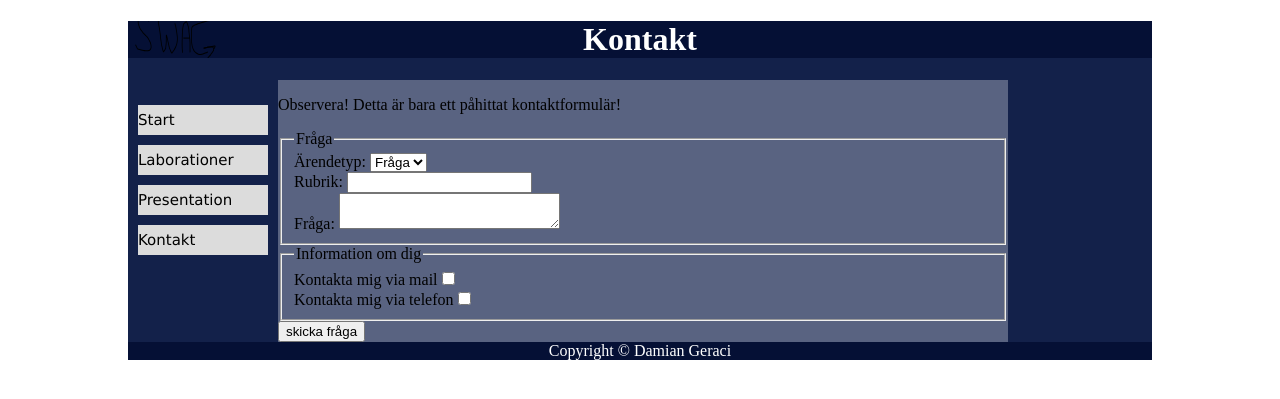
Repository: dg222dm/1ik415-laborationer
Page: pages/kontakt.html
The author's editor kept a record of every edit. The page is drawn from the files as they stood at one moment, then again after the next edit.
The browser window is 1280 px wide. The pictures show the whole page.

Above is the page before.

### pages/kontakt.html
<!doctype html>
<html lang="sv">
    <head>
        <link rel="stylesheet"  href="../css/style.css" />
        <meta charset="utf-8" />
        <title>Kontakt</title>
    </head>
    <body>
    <div id="background">
    <div id="header">
        <h1>Kontakt</h1>
    </div>
    <div id ="nav">
    <!--Lista med länkar -->
        <ul>
            <li><a href="../index.html">Start</a></li>
            <li><a href="laborationer.html">Laborationer</a></li>
            <li><a href="presentation.html">Presentation</a></li>
            <li><a class"kontakt" href="kontakt.html" >Kontakt</a></li>

<!--Slut på länk lista -->
        </ul>
    </div>
    <div id="content">
    <article>
        <p>Observera! Detta är bara ett påhittat kontaktformulär!</p>
        <form method="post" action="http://voyager.lnu.se/tekinet/kurser/dtt/wp_webbintro/form.php">

            <fieldset>
                <legend>Fråga</legend>
                 Ärendetyp:
                <select name="ärendetyp">

                      <option value="fråga">Fråga</option>
                      <option value="test">test</option>
                </select><br />
                Rubrik: <input type="text" name="rubrik"><br />
                Fråga: <textarea name="fråga" rows="2" cols="25">
                </textarea>
            </fieldset>
            <fieldset>
                <legend>Information om dig</legend>
                Kontakta mig via mail<input type="checkbox" name="kontaktamigviamail" value="mail"><br />
                Kontakta mig via telefon<input type="checkbox" name="kontaktamigviatelefon" value="telefon">
            </fieldset>
            <!-- fråga läraren -->
            <input type="submit" name="knapp" value="skicka fråga" />
        </form>
    </article>
    </div>
    <div id="footer">
        Copyright © Damian Geraci
    </div>
    </div>
    </body>
</html>

### css/style.css
#header {
    width:1024px;
    background-color:#051035;
    color:white;
    text-align:center;
    background-image: url(../css/pics/svgLogo.svg);
    background-size: 100px 100px;
    background-position: left -20px;
    background-repeat: no-repeat;

}
#nav ul{
    line-height:30px;
    background-color:#13214A;
    list-style-type: none;
    font-family: verdana;
    font-size:15px;
    float:left;
    padding: 0;
}

#nav li{
    margin: 10px ; /*Mellan rum mellan list items*/
}

.active {
    font-size:20px;
    text-align:center;
}

#nav a{
    display: block;
    width: 130px;
    background: #dcdcdc;
    text-decoration: none; /*tar bort understräcken*/
}

#nav a:link, #nav a:active, #nav a:visited {
    color: #000000;
}

#nav a:hover {
    background:#333333;
    color: #ffffff;
}

#background {
    width:1024px;
    height:auto;
    margin:0 auto;
    background-color:#13214A;
}



#footer {
    background-color:#051035;
    width:1024px;
    color:white;
    clear:both;
    text-align:center;

}

#content {
  width: 730px;
  float:left;
  background-color:#596381;
  height: auto;

}

.right {
    float: right;
    border:1px solid #021a40;
    padding: 1px;
}
.left {
    float: left;
    border:1px solid #021a40;
    padding: 1px;
}

.center {
    margin-left:220px;

  }

  table, td, th {
    border: 1px  solid;
}

th {
    background-color: green;
    color: white;
}
/*
header färg: #051035
nav fönster färg: #3E496F
bakgrundsfärg: #13214A
content färg: #596381
footer färg: #051035

*/

After the next edit:
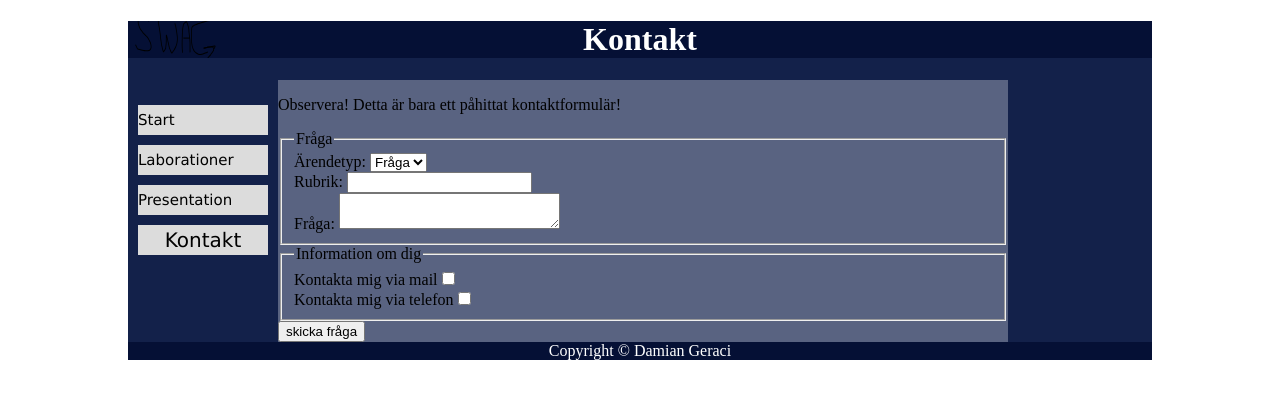
The edit:
--- a/pages/kontakt.html
+++ b/pages/kontakt.html
@@ -6,51 +6,51 @@
         <title>Kontakt</title>
     </head>
     <body>
-    <div id="background">
-    <div id="header">
-        <h1>Kontakt</h1>
-    </div>
-    <div id ="nav">
-    <!--Lista med länkar -->
-        <ul>
-            <li><a href="../index.html">Start</a></li>
-            <li><a href="laborationer.html">Laborationer</a></li>
-            <li><a href="presentation.html">Presentation</a></li>
-            <li><a class"kontakt" href="kontakt.html" >Kontakt</a></li>
+        <div id="background">
+        <div id="header">
+            <h1>Kontakt</h1>
+        </div>
+        <div id ="nav">
+        <!--Lista med länkar -->
+            <ul>
+                <li><a href="../index.html">Start</a></li>
+                <li><a href="laborationer.html">Laborationer</a></li>
+                <li><a href="presentation.html">Presentation</a></li>
+                <li class="active"><a href="kontakt.html" >Kontakt</a></li>
 
-<!--Slut på länk lista -->
-        </ul>
-    </div>
-    <div id="content">
-    <article>
-        <p>Observera! Detta är bara ett påhittat kontaktformulär!</p>
-        <form method="post" action="http://voyager.lnu.se/tekinet/kurser/dtt/wp_webbintro/form.php">
+    <!--Slut på länk lista -->
+            </ul>
+        </div>
+        <div id="content">
+        <article>
+            <p>Observera! Detta är bara ett påhittat kontaktformulär!</p>
+            <form method="post" action="http://voyager.lnu.se/tekinet/kurser/dtt/wp_webbintro/form.php">
 
-            <fieldset>
-                <legend>Fråga</legend>
-                 Ärendetyp:
-                <select name="ärendetyp">
+                <fieldset>
+                    <legend>Fråga</legend>
+                     Ärendetyp:
+                    <select name="ärendetyp">
 
-                      <option value="fråga">Fråga</option>
-                      <option value="test">test</option>
-                </select><br />
-                Rubrik: <input type="text" name="rubrik"><br />
-                Fråga: <textarea name="fråga" rows="2" cols="25">
-                </textarea>
-            </fieldset>
-            <fieldset>
-                <legend>Information om dig</legend>
-                Kontakta mig via mail<input type="checkbox" name="kontaktamigviamail" value="mail"><br />
-                Kontakta mig via telefon<input type="checkbox" name="kontaktamigviatelefon" value="telefon">
-            </fieldset>
-            <!-- fråga läraren -->
-            <input type="submit" name="knapp" value="skicka fråga" />
-        </form>
-    </article>
-    </div>
-    <div id="footer">
-        Copyright © Damian Geraci
-    </div>
-    </div>
+                          <option value="fråga">Fråga</option>
+                          <option value="test">test</option>
+                    </select><br />
+                    Rubrik: <input type="text" name="rubrik"><br />
+                    Fråga: <textarea name="fråga" rows="2" cols="25">
+                    </textarea>
+                </fieldset>
+                <fieldset>
+                    <legend>Information om dig</legend>
+                    Kontakta mig via mail<input type="checkbox" name="kontaktamigviamail" value="mail"><br />
+                    Kontakta mig via telefon<input type="checkbox" name="kontaktamigviatelefon" value="telefon">
+                </fieldset>
+                <!-- fråga läraren -->
+                <input type="submit" name="knapp" value="skicka fråga" />
+            </form>
+        </article>
+        </div>
+        <div id="footer">
+            Copyright © Damian Geraci
+        </div>
+        </div>
     </body>
 </html>
